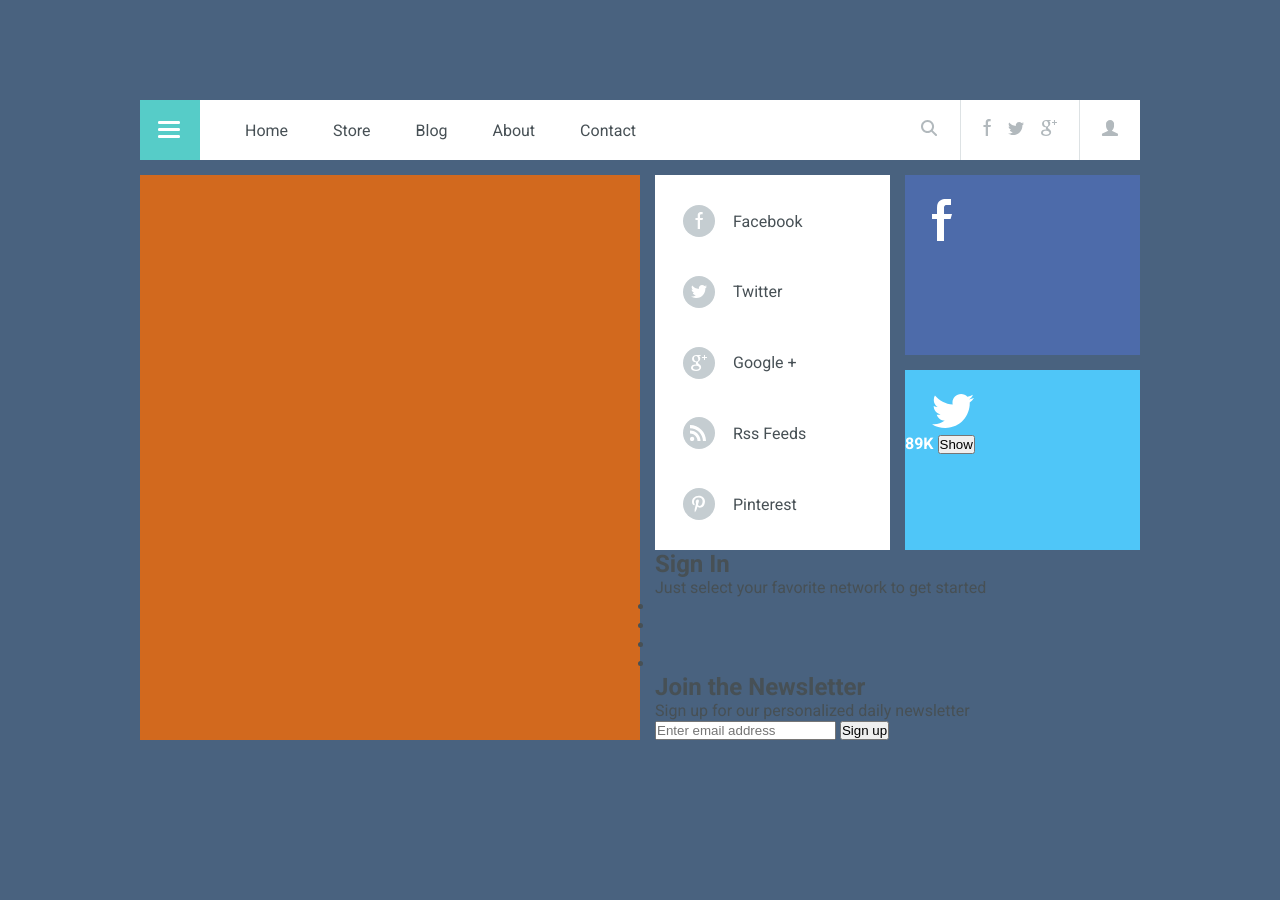
Repository: pawelczubak/WeeklyWebDevChallenge
Page: Challenge_4/index.html
An editor plug-in stored every save of this project. The page is shown before and after the next save, followed by the edit.
The browser window is 1280 px wide. The pictures show the whole page.
Some web libraries are served in a nearby version.

Above is the page before, as saved 2020-04-27 22:04:15.

After the next save:
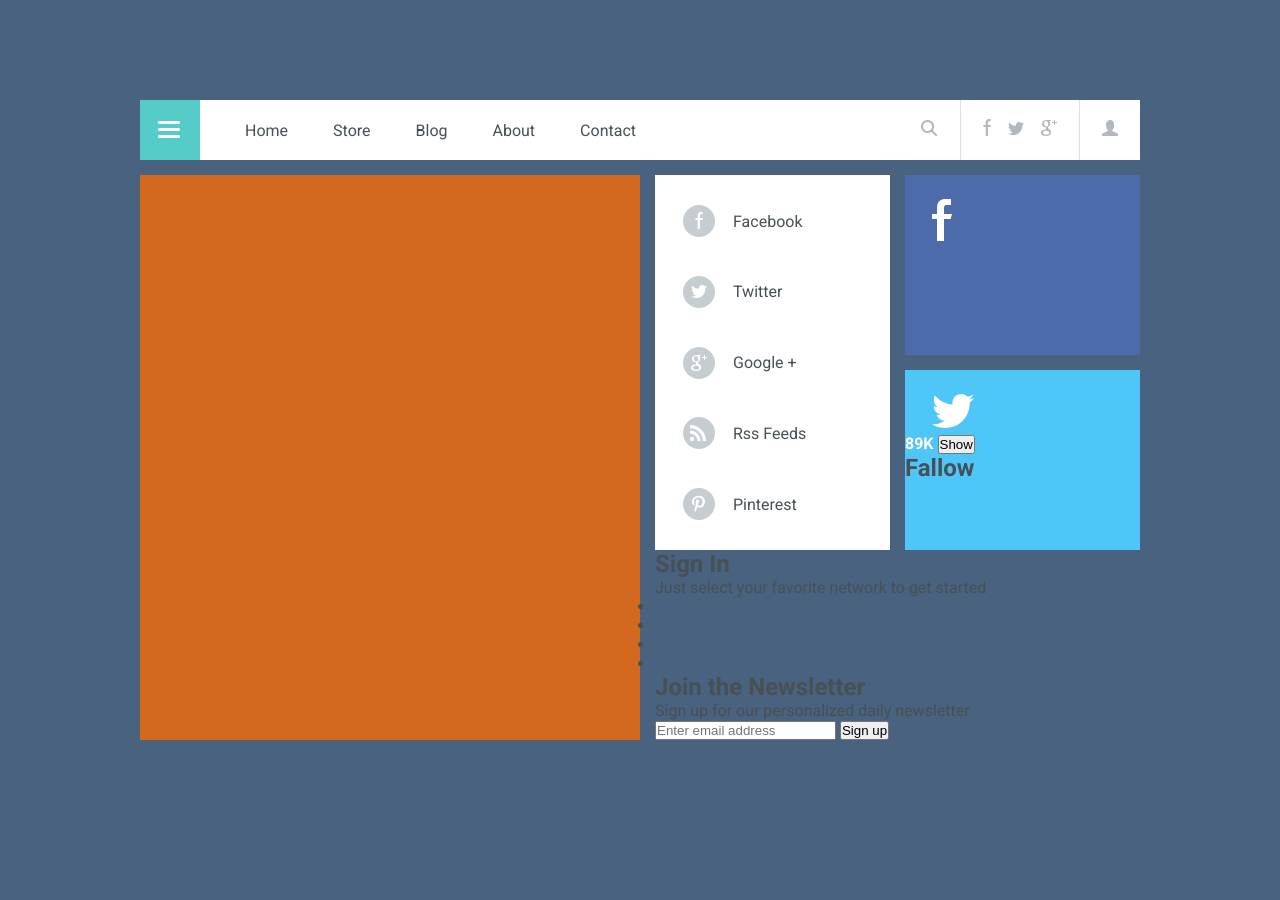
Saved 84 s later.
--- a/Challenge_4/css/main.css
+++ b/Challenge_4/css/main.css
@@ -229,9 +229,20 @@ body {
 
 .test__button {}
 
-.test__h1 {}
-
-.test__h1--active {}
+.test__h1 {
+    position: relative;
+}
+
+.test__h1::before {
+    position: absolute;
+    content: 'Fallow';
+    top: 0;
+    left: 0;
+}
+
+.test__h1--active {
+    position: relative;
+}
 
 /*------------------  ttttttttttttteeeeeeeeeeeeeeedsssssssssstttttttt  ------------------*/
 
